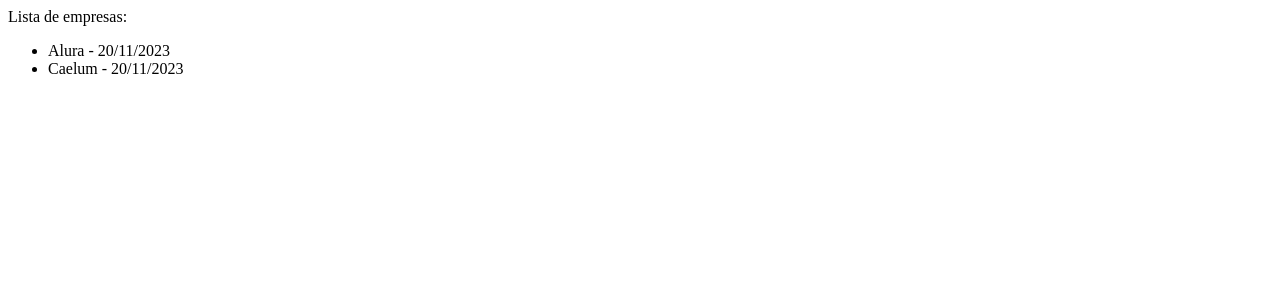
Repository: koyama8/Java_Web
Page: http://localhost/gerenciador/listaEmpresas
The author's editor kept a copy of each file at every save. The page is drawn from the files as they stood at one save, then again after the next save.
The browser window is 1280 px wide. The pictures show the whole page.
The page is served by Tomcat 9. Other server files are loaded and not shown.

Above is the page before, as saved 2023-11-22 16:26:50.

### gerenciador/WebContent/listaEmpresas.jsp
<%@ page language="java" contentType="text/html; charset=ISO-8859-1"
    pageEncoding="ISO-8859-1"%>
<%@ page  import="java.util.List, br.com.alura.gerenciador.servlet.Empresa" %>
<%@ taglib uri="http://java.sun.com/jsp/jstl/core" prefix="c" %>
<%@ taglib uri="http://java.sun.com/jsp/jstl/fmt" prefix="fmt" %>


<!DOCTYPE html>
<html>
<head>
<meta charset="ISO-8859-1">
<title>Java Standard Taglib</title>
</head>
<body>

         <c:if test="${not empty empresa}">
             Empresa  ${empresa } cadastrada com sucesso!
        </c:if>


        Lista de empresas: <br />


    <ul>

           <c:forEach items="${empresas}" var="empresa">

                 <li>${empresa.nome} -  <fmt:formatDate value="${empresa.dataAbertura}" pattern="dd/MM/yyyy"/> </li>
           </c:forEach>
    </ul>

</body>
</html>

### gerenciador/src/br/com/alura/gerenciador/servlet/ListaEmpresasServlet.java
package br.com.alura.gerenciador.servlet;

import java.io.IOException;
import java.io.PrintWriter;
import java.util.List;

import javax.servlet.RequestDispatcher;
import javax.servlet.ServletException;
import javax.servlet.annotation.WebServlet;
import javax.servlet.http.HttpServlet;
import javax.servlet.http.HttpServletRequest;
import javax.servlet.http.HttpServletResponse;

/**
 * Servlet implementation class ListaEmpresasServlet
 */
@WebServlet("/listaEmpresas")
public class ListaEmpresasServlet extends HttpServlet {

	private static final long serialVersionUID = 1L;

	protected void service(HttpServletRequest request, HttpServletResponse response) throws ServletException, IOException {

		 Banco banco = new Banco();
		 List<Empresa> lista = banco.getEmpresas();
		 request.setAttribute("empresas", lista);

		 RequestDispatcher rd = request.getRequestDispatcher("/listaEmpresas.jsp");
		 rd.forward(request, response);

	}
}

### gerenciador/src/br/com/alura/gerenciador/servlet/Banco.java
package br.com.alura.gerenciador.servlet;

import java.util.ArrayList;
import java.util.List;

public class Banco {

	private static List<Empresa> lista = new ArrayList<Empresa>();

	static {
		Empresa empresa = new Empresa();
		empresa.setNome("Alura");
		Empresa empresa2 = new Empresa();
		empresa2.setNome("Caelum");
		lista.add(empresa);
		lista.add(empresa2);
	}

	public void adiciona(Empresa empresa) {
		Banco.lista.add(empresa);
	}

	public List<Empresa> getEmpresas(){
		return Banco.lista;
	}

}

### gerenciador/src/br/com/alura/gerenciador/servlet/Empresa.java
package br.com.alura.gerenciador.servlet;

import java.util.Date;

public class Empresa {

	private Integer id;
	private String nome;
	private Date dataAbertura = new Date();


	public Integer getId() {
		return id;
	}
	public void setId(Integer id) {
		this.id = id;
	}
	public String getNome() {
		return nome;
	}
	public void setNome(String nome) {
		this.nome = nome;
	}
	public Date getDataAbertura() {
		return dataAbertura;
	}
	public void setDataAbertura(Date dataAbertura) {
		this.dataAbertura = dataAbertura;
	}




}

After the next save:
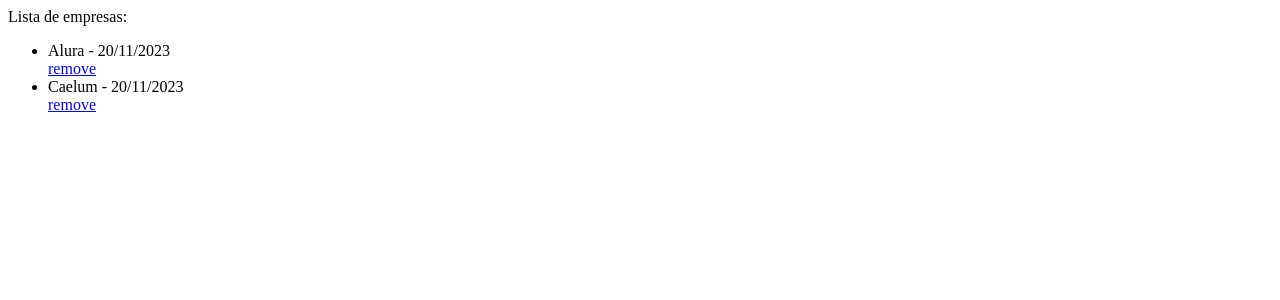
Saved 11 min 1 s later.
--- a/gerenciador/WebContent/listaEmpresas.jsp
+++ b/gerenciador/WebContent/listaEmpresas.jsp
@@ -26,6 +26,8 @@
            <c:forEach items="${empresas}" var="empresa">
 
                  <li>${empresa.nome} -  <fmt:formatDate value="${empresa.dataAbertura}" pattern="dd/MM/yyyy"/> </li>
+                 <a href="/gerenciador/removeEmpresa">remove</a>
+
            </c:forEach>
     </ul>
 
